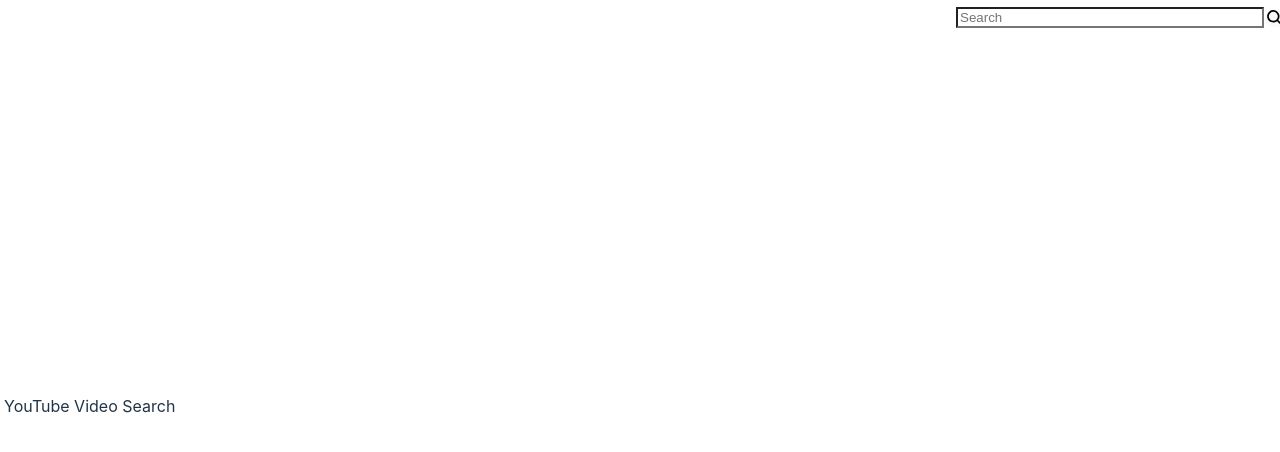
Repository: JuniorDevChris/YouTube-Engagement-Metrics
Page: /
The author's editor kept a copy of each file at every save. The page is drawn from the files as they stood at one save, then again after the next save.
The browser window is 1280 px wide. The pictures show the whole page.
The project was rebuilt for these pictures with package versions that can differ from the ones it lists, and the page was loaded fresh each time. Also part of the build but not shown: vite.config.ts, src/components/VideoCard.tsx, src/App.css.

Above is the page before, as saved 2024-07-16 21:08:18.

After the next save:
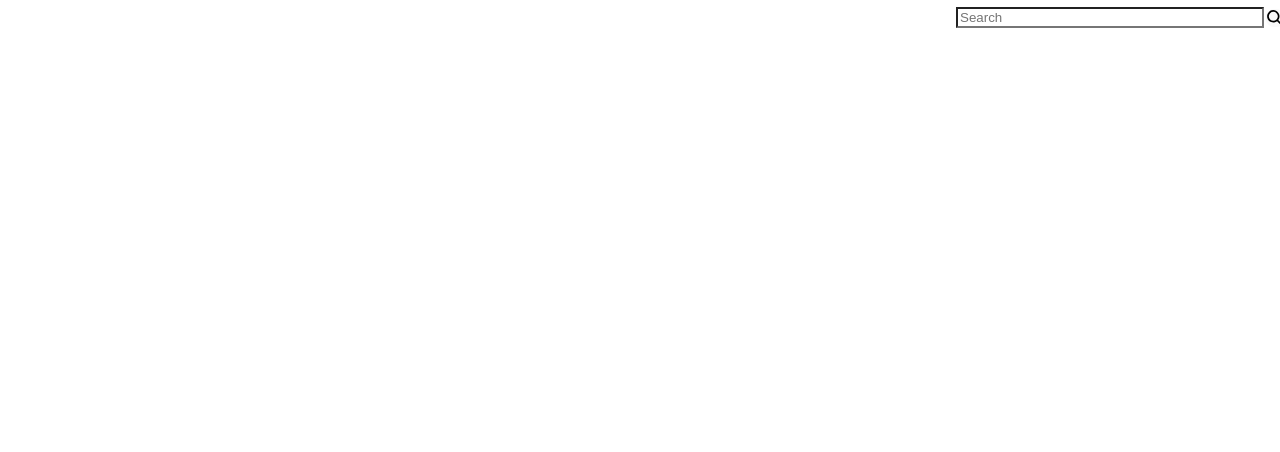
Saved 34 s later.
--- a/src/App.tsx
+++ b/src/App.tsx
@@ -68,7 +68,7 @@
   return (
     <Box>
       <Navbar query={query} setQuery={setQuery} fetchVideos={fetchVideos} />
-      <Box mt="80px" p={4}>
+      {/* <Box mt="80px" p={4}>
         <Text fontSize="2xl" mb={4}>
           YouTube Video Search
         </Text>
@@ -78,7 +78,7 @@
           </Text>
         )}
         <VideoGrid videos={videos} />
-      </Box>
+      </Box> */}
     </Box>
   );
 }

After the save that followed:
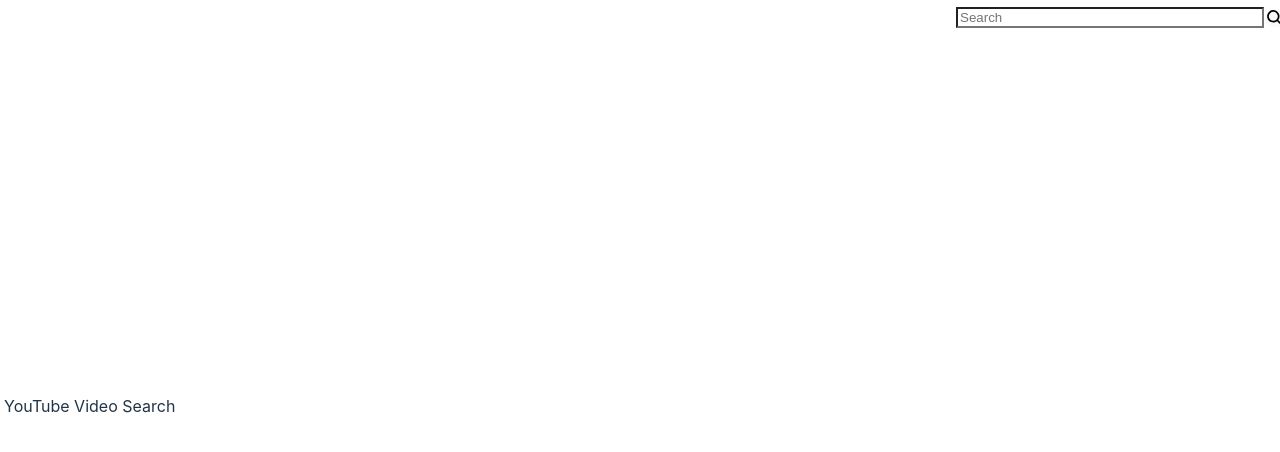
Saved 37 s later.
--- a/src/App.tsx
+++ b/src/App.tsx
@@ -68,7 +68,7 @@
   return (
     <Box>
       <Navbar query={query} setQuery={setQuery} fetchVideos={fetchVideos} />
-      {/* <Box mt="80px" p={4}>
+      <Box mt="80px" p={4}>
         <Text fontSize="2xl" mb={4}>
           YouTube Video Search
         </Text>
@@ -78,7 +78,7 @@
           </Text>
         )}
         <VideoGrid videos={videos} />
-      </Box> */}
+      </Box>
     </Box>
   );
 }
